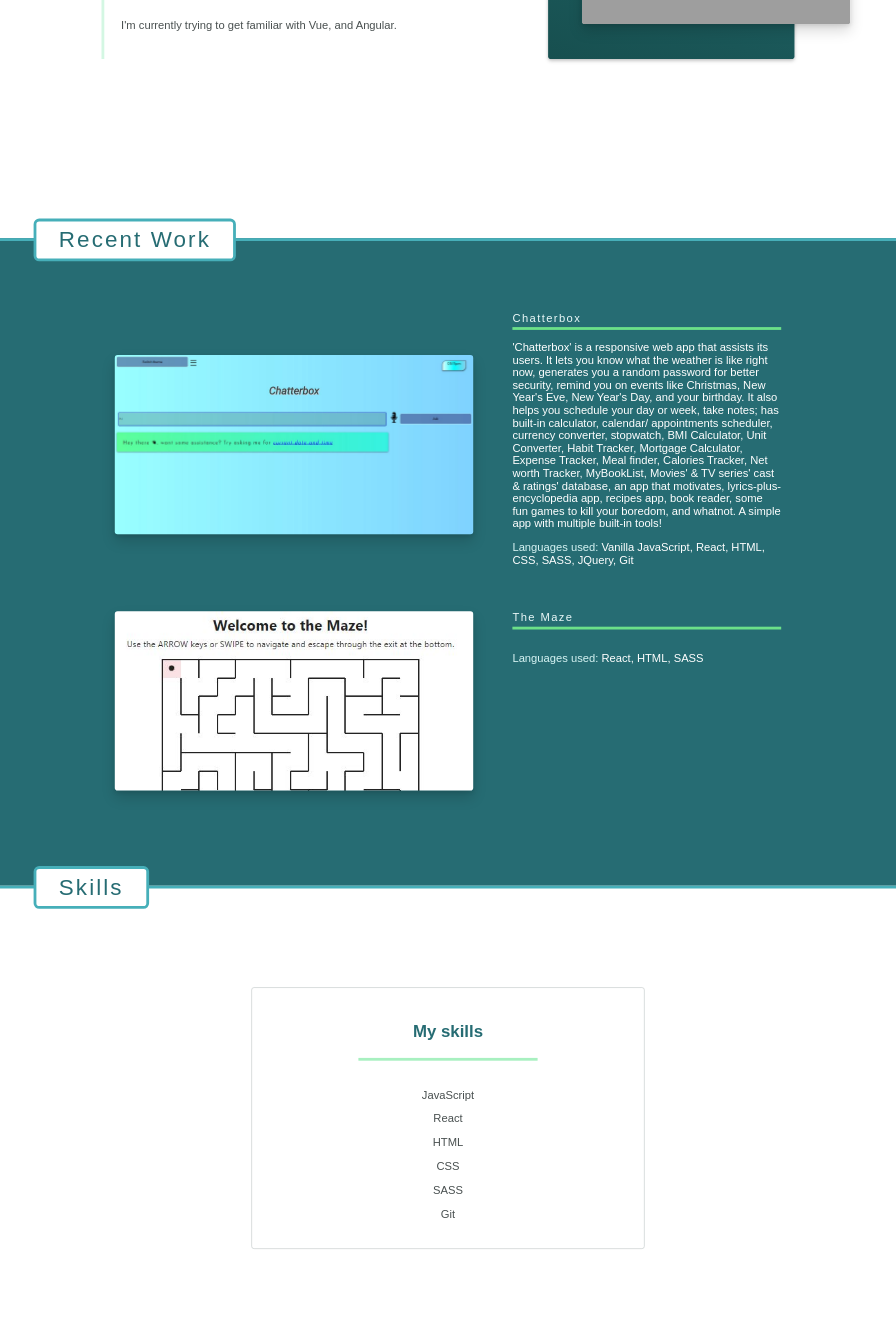
Repository: Abbaskhurram255/port
Page: /
These files come from the project's save history. The page is drawn as it stood at one moment and after the next save; the edit follows.
The browser window is 1280 px wide. The pictures show the part of the page from y = 525 to 2445 px (the page is 2782 px tall), at 70% of full size.
Pictures or frames that could not be fetched are drawn as grey boxes. The page's requests for data from a server got no answer. Some web fonts or font styles are not loaded; a fallback is used. Some web libraries are served in a nearby version. The project was rebuilt for these pictures with package versions that can differ from the ones it lists, and the page was loaded fresh each time. No one was signed in, and anything a server would have sent is missing.

Above is the page before, as saved 2020-12-03 22:53:30.

### public/index.html
<!DOCTYPE html>
<html lang="en">
  <head>
    <meta charset="utf-8" />
    <meta
      name="viewport"
      content="width=device-width, initial-scale=1, shrink-to-fit=no"
    />
    <meta name="theme-color" content="#000000" />
    <meta property="og:title" content="Alex Puth | Portfolio" />
    <meta
      property="og:description"
      content="A portfolio of web applications by Alex Puth"
    />
    <meta property="og:url" content="https://www.abbaskhurram255.github.io/" />
    <meta property="og:image" content="/images/portfolio-home.jpg" />
    <title>Alex Puth | Portfolio</title>
    <link
      href="https://fonts.googleapis.com/css?family=Muli:300,400,600,700"
      rel="stylesheet"
    />
    <link
      rel="stylesheet"
      href="https://use.fontawesome.com/releases/v5.4.2/css/all.css"
      integrity="sha384-/rXc/GQVaYpyDdyxK+ecHPVYJSN9bmVFBvjA/9eOB+pb3F2w2N6fc5qB9Ew5yIns"
      crossorigin="anonymous"
    />
  </head>

  <body>
    <noscript>You need to enable JavaScript to run this app.</noscript>
    <div id="root"></div>
  </body>
</html>

### src/index.tsx
import React from "react";
import ReactDOM from "react-dom";
import App from "./App";
import * as serviceWorker from "./serviceWorker";
import "./styles/styles.scss";

ReactDOM.render(<App />, document.getElementById("root"));

// If you want your app to work offline and load faster, you can change
// unregister() to register() below. Note this comes with some pitfalls.
// Learn more about service workers: http://bit.ly/CRA-PWA
serviceWorker.unregister();

### src/App.tsx
import * as React from "react";
import Contact from "./components/Contact";
import Home from "./components/Home";
import Navbar from "./components/Navbar";
import RecentWork from "./components/RecentWork";
import Skills from "./components/Skills";

class App extends React.Component {
  public render() {
    return (
      <div>
        <Navbar />
        <Home />
        <RecentWork />
        <Skills />
        <Contact />
      </div>
    );
  }
}

export default App;

### src/styles/styles.scss
@import "./base/settings";
@import "./base/base";
@import "./components/navbar";
@import "./components/home";
@import "./components/images";
@import "./components/recent-works";
@import "./components/projects";
@import "./components/project";
@import "./components/skills";
@import "./components/skill";
@import "./components/contact";
@import "./components/social";
@import "./components/section-title";

### src/components/Contact.tsx
import * as React from "react";
import utils from "../utils/constants";
import Social from "./Social";
import Title from "./Title";

const { GITHUB_URL, TWITTER_URL } = utils.social;
const { EMAIL } = utils.contact;

const Contact = () => {
  return (
    <div id="contact" className="contact">
      <Title title="Get in Touch" parentComponent="contact" />
      <div className="contact__social-links">
        <p className="contact__brackets">{"{"}</p>
        <Social socialIcon="fab fa-github" socialUrl={GITHUB_URL} />
        <Social socialIcon="fab fa-twitter" socialUrl={TWITTER_URL} />
        <Social socialIcon="fas fa-envelope" socialUrl={`mailto:${EMAIL}`} />
        <p className="contact__brackets">{"}"}</p>
      </div>
    </div>
  );
};

export default Contact;

### src/components/Home.tsx
import * as React from "react";
import Image from "./Image";
import Text from "./Text";
import Title from "./Title";

const Home = () => {
  return (
    <div className="home">
      <div className="home__text-container">
        <Title
          title="<Alex Puth (aka Khurram) />"
          parentComponent="home"
          subTitle="Front-End Developer"
        />
        <Text parentComponent="home" mobile="" />
      </div>
      <Image
        src="/images/headshot.jpg"
        alt="Headshot of Alex Puth"
        parentComponent="home"
      />
      <Text parentComponent="home" mobile="--mobile" />
    </div>
  );
};

export default Home;

### src/components/Navbar.tsx
import * as React from "react";

interface INavbarState {
  linkClass: string;
  isToggled: boolean;
}

class Navbar extends React.Component {
  public state = {
    isToggled: true,
    linkClass: "navbar__link"
  };

  public toggleNav = () => {
    const { isToggled } = this.state;
    this.setState({ isToggled: !isToggled });
    isToggled
      ? this.setState({ linkClass: "navbar__link--show" })
      : this.setState({ linkClass: "navbar__link" });
  };

  public render() {
    return (
      <div className="navbar">
        <a className="navbar__brand" href="#">
          <p className="navbar__brand-text">AP</p>
        </a>
        <i onClick={this.toggleNav} className="fas fa-bars navbar__hamburger" />
        <div className="navbar__link-box">
          <a className={this.state.linkClass} href="#">
            <p className="navbar__link-text">Home</p>
          </a>

          <a className={this.state.linkClass} href="#recent-works">
            <p className="navbar__link-text">Recent Work</p>
          </a>

          <a className={this.state.linkClass} href="#skills">
            <p className="navbar__link-text">Skills</p>
          </a>

          <a className={this.state.linkClass} href="#contact">
            <p className="navbar__link-text">Contact</p>
          </a>
        </div>
      </div>
    );
  }
}
export default Navbar;

### src/components/RecentWork.tsx
import * as React from "react";
import Projects from "./Projects";
import Title from "./Title";

const RecentWork = () => {
  return (
    <div id="recent-works" className="recent-works">
      <Title title="Recent Work" parentComponent="recent-works" />
      <Projects />
    </div>
  );
};

export default RecentWork;

### src/components/Skills.tsx
import * as React from "react";
import Skill from "./Skill";
import Title from "./Title";

const Skills = () => {
  const technicalSkills: string[] = [
    "JavaScript",
    "React",
    "HTML",
    "CSS",
    "SASS",
    "Git"
  ];

  return (
    <div id="skills" className="skills">
      <Title title={"Skills"} parentComponent="skills" />
      <div className="skills__set-box">
        <Skill title="My skills" skills={technicalSkills} />
      </div>
    </div>
  );
};

export default Skills;

### src/styles/base/_base.scss
html {
  font-size: 62.5%;
  scroll-behavior: smooth;
}

body {
  margin: 0;
  background-color: $white;
}

button {
  cursor: pointer;
}

button:disabled {
  cursor: default;
}

### src/styles/components/_home.scss
.home {
  display: flex;
  flex-direction: column;
  justify-content: space-around;
  margin: $size-10 auto $size-8 auto;
  max-width: 100rem;
  padding: 0 $size-4;
  @media (min-width: $breakpoint-1) {
    margin: $size-10 25% $size-9 25%;
  }
  @media (min-width: $breakpoint-2) {
    flex-direction: row;
    margin: $size-10 auto $size-12 auto;
  }
}

.home__title-box {
  align-items: center;
  display: flex;
  flex-direction: column;
  justify-content: center;
  margin-top: $size-3;
  @media (min-width: $breakpoint-2) {
    margin: 0;
    margin-left: -$size-9;
    align-items: flex-start;
  }
}

.home__title {
  color: $primary-7;
  font-family: $header;
  font-size: $size-6;
  font-weight: 700;
  letter-spacing: 0.3rem;
  line-height: 1;
  margin: 0;
  @media (min-width: $breakpoint-1) {
    font-size: $size-6;
  }
  @media (min-width: $breakpoint-2 - 13) {
    font-size: $size-7;
  }
  @media (min-width: $breakpoint-3) {
    font-size: 7.2rem;
  }
}

.home__subtitle {
  color: $gray-5;
  font-family: $header;
  font-size: $size-4;
  font-weight: 300;
  margin: $size-3 0;
  @media (min-width: $breakpoint-1) {
    font-size: 1.8rem;
  }
  @media (min-width: $breakpoint-2 - 13) {
    font-size: $size-5;
  }
  @media (min-width: $breakpoint-3) {
    font-size: $size-6;
  }
}

.home__text-container {
  display: flex;
  flex-direction: column;
  justify-content: flex-end;
}

.home__text-box {
  border-left: $size-1 solid $secondary-2;
  margin-top: $size-6;
  padding: $size-5 $size-4;
  width: $size-14;
  @media (max-width: $breakpoint-2 - 1) {
    display: none;
  }
}

.home__text-box--mobile {
  border-left: $size-1 solid $secondary-2;
  box-sizing: border-box;
  margin-top: $size-6;
  padding: $size-2;
  width: 100%;
  @media (min-width: $breakpoint-2) {
    display: none;
  }
}

.home__text {
  color: $gray-7;
  font-family: $text;
  font-size: $size-3;
  line-height: 2;
  margin: 0;
  padding: $size-2;
  @media (min-width: $breakpoint-2) {
    font-size: $size-4;
  }
}

.home__text-link {
  @extend .home__text;
  color: $primary-7;
  padding: 0;
  text-decoration: none;
}

.home__text-link:hover {
  color: $primary-5;
}

### src/styles/components/images.scss
.home-image-box {
  background: $gradient-1;
  border-radius: $radius-2;
  box-shadow: $shadow-2;
  padding: $size-3;
  @media (min-width: $breakpoint-2) {
    display: block;
    padding: $size-7;
  }
}

.home-image {
  border-radius: $radius-2;
  box-shadow: $shadow-3;
  margin: 0;
  width: 100%;
  @media (min-width: $breakpoint-2) {
    margin-right: -$size-10;
    height: $size-13;
    width: $size-13;
  }
}

### src/styles/components/_recent-works.scss
.recent-works {
  align-items: center;
  background: $primary-7;
  border-top: $size-1 solid $primary-5;
  display: flex;
  flex-direction: column;
  padding-bottom: $size-2;
  @media (min-width: $breakpoint-1) {
    padding-left: 22%;
    padding-right: 22%;
  }
  @media (min-width: $breakpoint-2) {
    padding: 0;
    padding-bottom: $size-8;
  }
}

.recent-works__title-box {
  background: $white;
  border: $size-1 solid $primary-5;
  border-radius: $size-2;
  display: flex;
  flex-direction: column;
  justify-content: center;
  margin-top: -$size-5;
  padding: $size-2;
  @media (min-width: $breakpoint-2) {
    align-self: flex-start;
    margin-left: $size-7;
    margin-top: -$size-6;
    padding: $size-2 $size-6;
  }
}

.recent-works__title {
  color: $primary-7;
  font-family: $header;
  font-size: $size-4;
  font-weight: 400;
  letter-spacing: 0.3rem;
  margin: 0;
  padding: 0;
  @media (min-width: $breakpoint-2) {
    font-size: $size-6;
  }
}

### src/styles/components/_projects.scss
.projects {
  display: flex;
  flex-direction: column;
  justify-content: space-between;
  margin: $size-4 $size-7;
  width: 100%;
  @media (min-width: $breakpoint-2) {
    margin: $size-7;
    width: 100rem;
  }
}

### src/styles/components/_skills.scss
.skills {
  align-items: center;
  border-top: $size-1 solid $primary-5;
  display: flex;
  flex-direction: column;
  padding-bottom: $size-8;
  @media (min-width: $breakpoint-1) {
    padding-left: 20%;
    padding-right: 20%;
  }
  @media (min-width: $breakpoint-2) {
    padding: 0;
    padding-bottom: $size-8;
  }
}

.skills__title-box {
  background: $white;
  border: $size-1 solid $primary-5;
  border-radius: $size-2;
  display: flex;
  flex-direction: column;
  justify-content: center;
  margin-top: -$size-5;
  padding: $size-2;
  @media (min-width: $breakpoint-2) {
    align-self: flex-start;
    margin-left: $size-7;
    margin-top: -$size-6;
    padding: $size-2 $size-6;
  }
}

.skills__title {
  color: $primary-7;
  font-family: $header;
  font-size: $size-4;
  font-weight: 400;
  letter-spacing: 0.3rem;
  margin: 0;
  padding: 0;
  @media (min-width: $breakpoint-2) {
    font-size: $size-6;
  }
}

.skills__set-box {
  display: flex;
  flex-direction: column;
  justify-content: space-around;
  margin: 0;
  width: 100%;
  @media (min-width: $breakpoint-2) {
    flex-direction: row;
    margin: $size-9 $size-7;
    width: 100rem;
  }
}

### src/styles/components/_skill.scss
.skill {
  align-items: center;
  border: 1px solid $gray-3;
  border-radius: $radius-2;
  display: flex;
  flex-direction: column;
  margin: $size-4 auto;
  padding: $size-5;
  width: 80%;
  @media (min-width: $breakpoint-2) {
    margin: $size-4;
    padding: $size-5;
    width: $size-14;
  }
}

.skill__title-box {
  border-bottom: $size-1 solid $secondary-3;
  display: flex;
  justify-content: center;
  padding: 0;
  width: 100%;
  @media (min-width: $breakpoint-2) {
    width: $size-12;
  }
}

.skill__title {
  color: $primary-7;
  font-family: $text;
  font-size: $size-4;
  @media (min-width: $breakpoint-2) {
    font-size: $size-5;
  }
}

.skill__box {
  padding-top: $size-5;
  width: 100%;
}

.skill__name {
  color: $gray-7;
  font-family: $text;
  font-size: $size-4;
  text-align: center;
}

### src/styles/components/_contact.scss
.contact {
  align-items: center;
  border-top: $size-1 solid $primary-5;
  display: flex;
  flex-direction: column;
  background: #266c73;
}

.contact__title-box {
  background: $white;
  border: $size-1 solid $primary-5;
  border-radius: $size-2;
  display: flex;
  flex-direction: column;
  justify-content: center;
  margin-top: -$size-5;
  padding: $size-2 $size-6;
  @media (min-width: $breakpoint-2) {
    align-self: flex-start;
    margin-left: $size-7;
    margin-top: -$size-6;
  }
}

.contact__title {
  color: $primary-7;
  font-family: $header;
  font-size: $size-4;
  font-weight: 400;
  letter-spacing: 0.3rem;
  margin: 0;
  padding: 0;
  @media (min-width: $breakpoint-2) {
    font-size: $size-6;
  }
}

.contact__social-links {
  display: flex;
  margin: $size-8 0 $size-9 0;
}

.contact__brackets {
  color: $secondary-3;
  font-family: $text;
  font-size: $size-8;
  font-weight: 300;
  line-height: 0.5;
  margin: 0 $size-4;
  padding: 0;
  @media (min-width: $breakpoint-2) {
    display: block;
    font-size: $size-10;
  }
}

### src/styles/components/_social.scss
.social {
  color: $primary-5;
  font-size: $size-5;
  margin: $size-3;
  outline: none;
  transition-property: color, transform;
  transition-duration: 0.1s;
  transition-timing-function: ease;
  @media (min-width: $breakpoint-2) {
    font-size: $size-7;
    margin: $size-5;
  }
}

.social:hover,
.social:focus {
  color: $primary-6;
  transform: scale(1.2);
}

### src/styles/components/_section-title.scss
.section-title__box {
  align-self: flex-start;
  background: $white;
  border: $size-1 solid $primary-8;
  border-radius: $size-2;
  display: flex;
  flex-direction: column;
  justify-content: center;
  margin: -$size-6 0 0 $size-7;
  padding: $size-2 $size-6;
}

.section-title {
  color: $primary-7;
  font-family: $header;
  font-size: $size-6;
  font-weight: 400;
  letter-spacing: 0.3rem;
  margin: 0;
  padding: 0;
}

### src/utils/constants.ts
export default {
  contact: {
    EMAIL: process.env.REACT_APP_EMAIL || "abbaskhuram255@gmail.com"
  },
  social: {
    GITHUB_URL:
      process.env.REACT_APP_GITHUB_URL || "https://github.com/abbaskhurram255",
    TWITTER_URL:
      process.env.REACT_APP_TWITTER_URL || "https://twitter.com/alexputh255",
  }
};

### src/components/Social.tsx
import * as React from "react";

interface ISocialProps {
  socialIcon: string;
  socialUrl: string;
}

const Social = (props: ISocialProps) => {
  const { socialIcon, socialUrl } = props;
  return (
    <a
      href={socialUrl}
      rel="noopener noreferrer"
      className="social"
      target="_blank"
    >
      <i className={socialIcon} />
    </a>
  );
};

export default Social;

### src/components/Title.tsx
import * as React from "react";

interface ITitleProps {
  title: string;
  parentComponent: string;
  subTitle?: string;
}

const Title = (props: ITitleProps) => {
  const { title, subTitle, parentComponent: component } = props;
  return (
    <div className={`${component}__title-box`}>
      <h1 className={`${component}__title`}>{title}</h1>
      {subTitle && <h2 className={`${component}__subtitle`}>{subTitle}</h2>}
    </div>
  );
};

export default Title;

### src/components/Image.tsx
import * as React from "react";

interface IImageProps {
  src: string;
  alt: string;
  parentComponent: string;
}

const Image = (props: IImageProps) => {
  const { src, alt, parentComponent: component } = props;
  return (
    <div className={`${component}-image-box`}>
      <img src={`/Portfolio${src}`} alt={alt} className={`${component}-image`} />
    </div>
  );
};

export default Image;

### src/components/Text.tsx
import * as React from "react";

interface ITextProps {
  parentComponent: string;
  mobile: string;
}

const Text = (props: ITextProps) => {
  const { parentComponent: component, mobile } = props;
  return (
    <div className={`${component}__text-box${mobile}`}>
      <p className={`${component}__text`}>
        Hi, my name is Alex, and I'm a frontend developer. I love using
        functional programming concepts in JavaScript and building web
        applications with it. I'm a coding enthusiast. I've been creating web
        applications since I was 13 - I'm 19 now. It's been my hobby
        since I was a kid, the programming. {" "}
      </p>
      <p className={`${component}__text`}>I'm currently
        trying to get familiar with Vue, and Angular.</p>
    </div>
  );
};

export default Text;

### src/components/Projects.tsx
import * as React from "react";
import { projects } from "../utils/data";
import Project from "./Project";

const Projects = () => (
  <div className="projects">
    {projects.map(project => (
      <Project
        project={project.name}
        projectDescription={project.description}
        projectSourceCode={project.sourceCode}
        projectTools={project.tools}
        projectUrl={project.url}
        image={project.image}
        key={project.name}
      />
    ))}
  </div>
);

export default Projects;

### src/components/Skill.tsx
import * as React from "react";

interface ISkillProps {
  skills: string[];
  title: string;
}

const DeveloperSkills = (props: ISkillProps) => {
  const { skills, title } = props;
  return (
    <div className="skill">
      <div className="skill__title-box">
        <h3 className="skill__title">{title}</h3>
      </div>
      <div className="skill__box">
        {skills.map((skill: string) => (
          <p className="skill__name" key={skill}>
            {skill}
          </p>
        ))}
      </div>
    </div>
  );
};

export default DeveloperSkills;

### src/utils/data.ts

interface IProject {
  description: string;
  image: string;
  name: string;
  sourceCode: string;
  tools: string;
  url: string;
}

export const projects: IProject[] = [
  {
    description:
      "'Chatterbox' is a responsive web app that assists its users. It lets you know what the weather is like right now, generates you a random password for better security, remind you on events like Christmas, New Year's Eve, New Year's Day, and your birthday. It also helps you schedule your day or week, take notes; has built-in calculator, calendar/ appointments scheduler, currency converter, stopwatch, BMI Calculator, Unit Converter, Habit Tracker, Mortgage Calculator, Expense Tracker, Meal finder, Calories Tracker, Net worth Tracker, MyBookList, Movies' & TV series' cast & ratings' database, an app that motivates, lyrics-plus-encyclopedia app, recipes app, book reader, some fun games to kill your boredom, and whatnot. A simple app with multiple built-in tools!",
    image: "meal to list",
    name: "Chatterbox",
    sourceCode: "https://github.com/Abbaskhurram255/Chatterbox/",
    tools: "Vanilla JavaScript, React, HTML, CSS, SASS, JQuery, Git",
    url: "https://abbaskhurram255.github.io/Chatterbox/getting-started"
  },
  {
    description:
      "",
    image: "maze",
    name: "The Maze",
    sourceCode: "https://github.com/Abbaskhurram255/Chatterbox/",
    tools: "React, HTML, SASS",
    url: "https://abbaskhurram255.github.io/Chatterbox/getting-started"
  }
];

### src/components/Project.tsx
import * as React from "react";

interface IProjectProps {
  image: string;
  project: string;
  projectDescription: string;
  projectTools: string;
  projectSourceCode: string;
  projectUrl: string;
}

const Project = (props: IProjectProps) => {
  const {
    image,
    project,
    projectDescription,
    projectSourceCode,
    projectTools,
    projectUrl
  } = props;
  return (
    <div className="project">
      <div className={`project__image-box project__image-box--${image}`}>
        <div className="project__link-box">
          {projectUrl && (
            <a
              className="project__link"
              href={projectUrl}
              rel="noopener noreferrer"
              target="_blank"
            >
              View Site
            </a>
          )}
          <a
            className="project__link"
            href={projectSourceCode}
            rel="noopener noreferrer"
            target="_blank"
          >
            View Source Code
          </a>
        </div>
      </div>
      <div className="project__info-box">
        <h3 className="project__name">{project}</h3>
        <p className="project__description">{projectDescription}</p>
        <p className="project__description">
          <span className="project__tools-label">Languages used:</span>{" "}
          {projectTools}
        </p>
      </div>
      <div className="project__link-box--mobile">
        {projectUrl && (
          <a
            className="project__link--mobile"
            href={projectUrl}
            rel="noopener noreferrer"
            target="_blank"
          >
            View Site
          </a>
        )}
        <a
          className="project__link--mobile"
          href={projectSourceCode}
          rel="noopener noreferrer"
          target="_blank"
        >
          View Source Code
        </a>
      </div>
    </div>
  );
};

export default Project;

Loaded but not shown: src/serviceWorker.ts (common file); src/styles/components/_project.scss (148 lines, source omitted); src/styles/base/_settings.scss (89 lines, source omitted); src/styles/components/_navbar.scss (137 lines, source omitted)

After the next save:
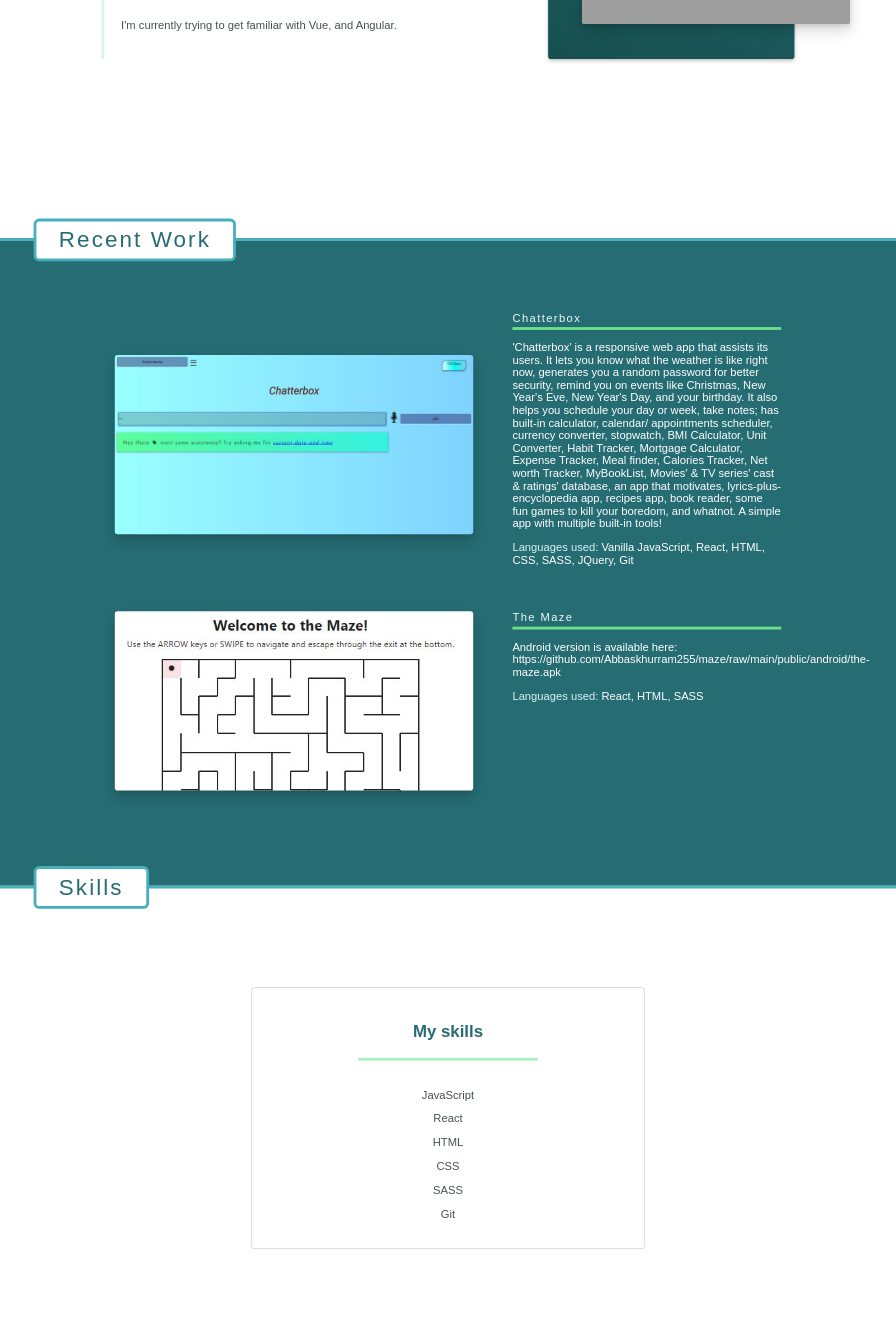
Saved 78 s later.
--- a/src/utils/data.ts
+++ b/src/utils/data.ts
@@ -20,7 +20,7 @@
   },
   {
     description:
-      "",
+      "Android version is available here: https://github.com/Abbaskhurram255/maze/raw/main/public/android/the-maze.apk",
     image: "maze",
     name: "The Maze",
     sourceCode: "https://github.com/Abbaskhurram255/Chatterbox/",
